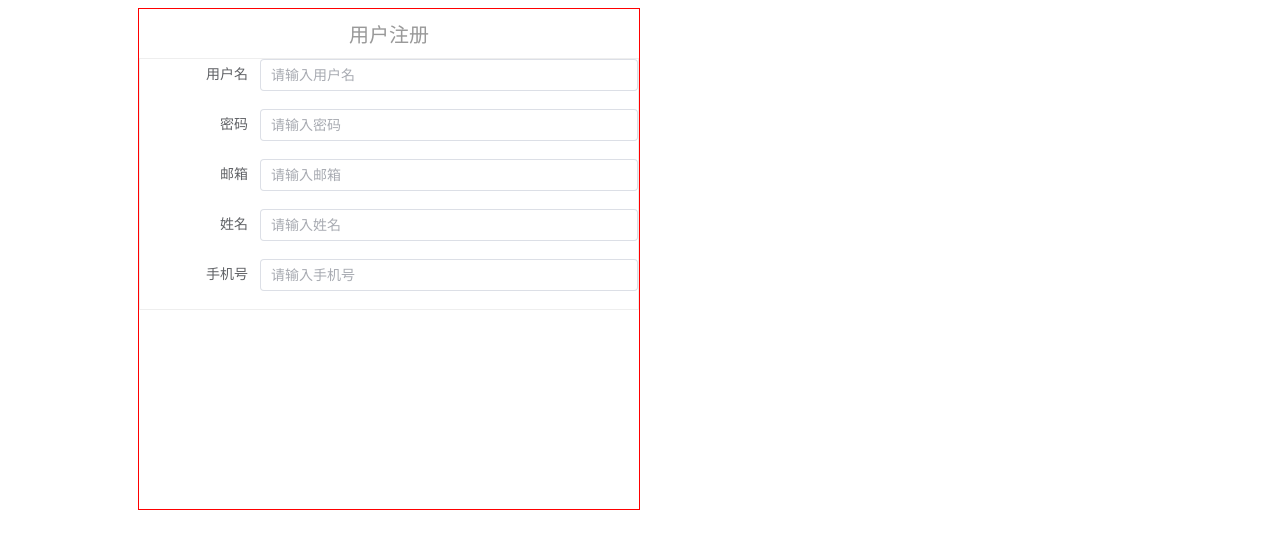
Repository: Mickey1216/yzkj_login_demo
Page: /register
These files come from the project's save history. The page is drawn as it stood at one moment and after the next save; the edit follows.
The browser window is 1280 px wide. The pictures show the whole page.
The project was rebuilt for these pictures with package versions that can differ from the ones it lists, and the page was loaded fresh each time. Also part of the build but not shown: vite.config.js, src/views/Login.vue.

Above is the page before, as saved 2023-07-04 14:54:42.

### src/main.js
import './assets/main.css'
import { createApp } from 'vue'
import App from './App.vue'
import router from './router'
import ElementPlus from 'element-plus'
import 'element-plus/dist/index.css'

const app = createApp(App)
app.use(router)
app.use(ElementPlus)
app.mount('#app')

### src/assets/main.css
#app {
  max-width: 1280px;
  margin: 0 auto;
  padding: 2rem;

  font-weight: normal;
}

a,
.green {
  text-decoration: none;
  color: hsla(160, 100%, 37%, 1);
  transition: 0.4s;
}

@media (hover: hover) {
  a:hover {
    background-color: hsla(160, 100%, 37%, 0.2);
  }
}

@media (min-width: 1024px) {
  body {
    display: flex;
    place-items: center;
  }

  #app {
    display: grid;
    grid-template-columns: 1fr 1fr;
    padding: 0 2rem;
  }
}

### src/App.vue
<template>
  <div class="ct">
    <routerView/>
  </div>
</template>

<script setup>

</script>

<style scoped>

</style>

### src/router/index.js
import { createRouter, createWebHistory } from 'vue-router'
import RegisterView from '../views/Register.vue'
import LoginView from '../views/Login.vue'

const router = createRouter({
  history: createWebHistory(import.meta.env.BASE_URL),
  routes: [
    {
      path: '/register',
      name: 'home',
      component: RegisterView
    },
    {
      path: '/login',
      name: 'login',
      component: LoginView
    }
  ]
})

export default router

### src/views/Register.vue
<template>
  <div class="register">
    <div class="title">用户注册</div>
    <el-form :model="form" label-width="120px" style="border:1px solid #eee;">
    <el-form-item label="用户名">
      <el-input placeholder="请输入用户名" v-model="form.name"/>
    </el-form-item>
    <el-form-item label="密码">
      <el-input placeholder="请输入密码" v-model="form.password"/>
    </el-form-item>
    <el-form-item label="邮箱">
      <el-input placeholder="请输入邮箱" v-model="form.email"/>
    </el-form-item>
    <el-form-item label="姓名">
      <el-input placeholder="请输入姓名" v-model="form.name"/>
    </el-form-item>
    <el-form-item label="手机号">
      <el-input placeholder="请输入手机号" v-model="form.phone"/>
    </el-form-item>
  </el-form>
  </div>
</template>

<script setup>
import { reactive } from 'vue'

const form = reactive({
  name: '',
  password: '',
  email: '',
  name: '',
  phone: '',

})
</script>

<style scoped>
.register{
  width: 500px;
  height: 500px;
  border: 1px solid red;
}
.title{
  margin: 10px;
  display: flex;
  align-items: center;
  justify-content: center;
  font-size: 20px;
  color: #999;
}
</style>

Loaded but not shown: index.html (common file)

After the next save:
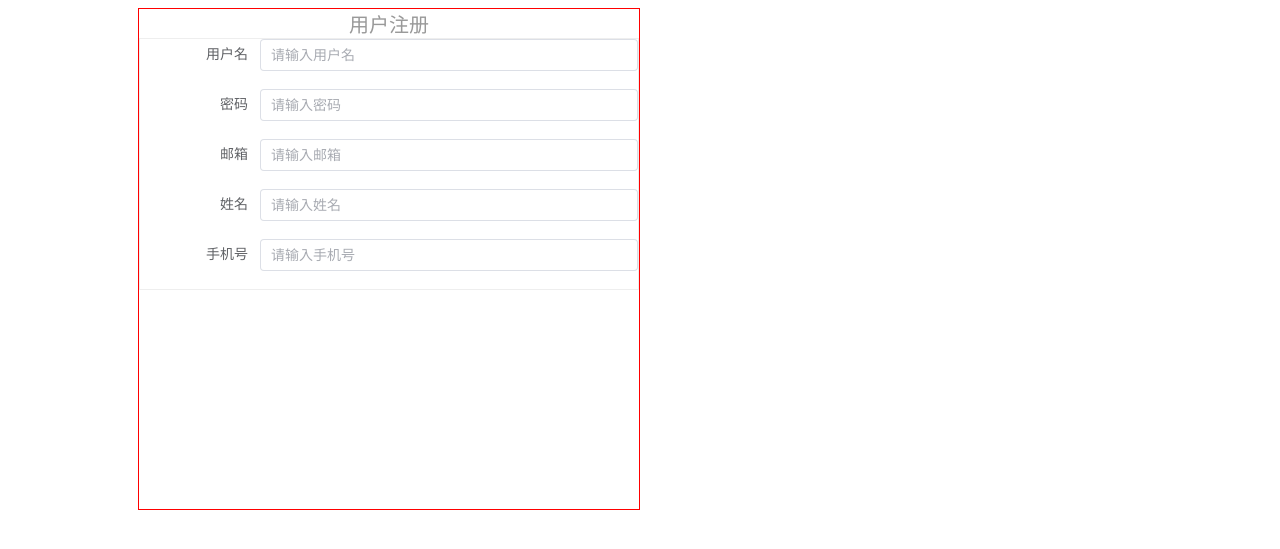
Saved 4 s later.
--- a/src/views/Register.vue
+++ b/src/views/Register.vue
@@ -41,7 +41,7 @@
   border: 1px solid red;
 }
 .title{
-  margin: 10px;
+  margin: 0 10px;
   display: flex;
   align-items: center;
   justify-content: center;

After the 3 saves that followed:
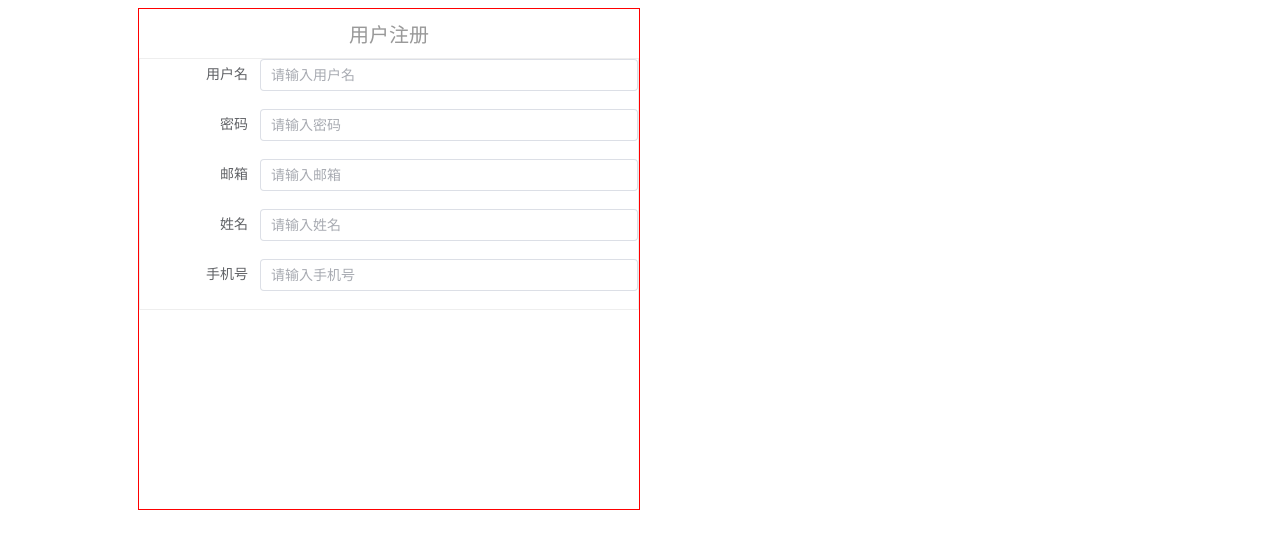
The 3 saves are shown as one change because they came seconds apart.
The last was saved 9 s later.
--- a/src/views/Register.vue
+++ b/src/views/Register.vue
@@ -41,7 +41,7 @@
   border: 1px solid red;
 }
 .title{
-  margin: 0 10px;
+  margin: 10px 0;
   display: flex;
   align-items: center;
   justify-content: center;
